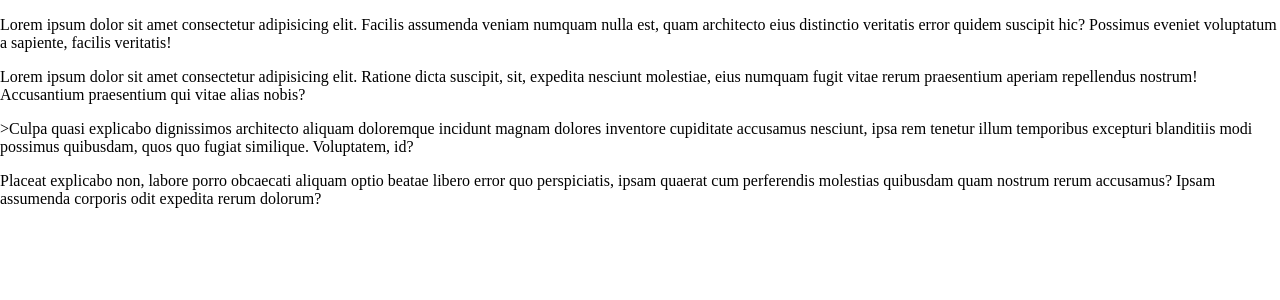
Repository: zuuo/--
Page: 1/index.html
The author's editor kept a copy of each file at every save. The page is drawn from the files as they stood at one save, then again after the next save.
The browser window is 1280 px wide. The pictures show the whole page.
The style sheet was rebuilt from its Sass, Less or Tailwind sources for each picture, by a compiler version that may differ from the author's.

Above is the page before, as saved 2024-02-29 15:41:08.

### 1/index.html
<!DOCTYPE html>
<html lang="en">

<head>
    <meta charset="UTF-8">
    <meta name="viewport" content="width=device-width, initial-scale=1.0">
    <title>Document</title>
    <link rel="stylesheet" href="./style.css">
</head>

<body>
    <p><span>Lorem ipsum dolor sit amet consectetur adipisicing elit. Facilis assumenda veniam numquam nulla est, quam
            architecto eius distinctio veritatis error quidem suscipit hic? Possimus eveniet voluptatum a sapiente,
            facilis veritatis!
        </span></p>
    <p><span>Lorem ipsum dolor sit amet consectetur adipisicing elit. Ratione dicta suscipit, sit, expedita nesciunt
            molestiae, eius numquam fugit vitae rerum praesentium aperiam repellendus nostrum! Accusantium praesentium
            qui vitae alias nobis?</p>
    <p< /span>><span>Culpa quasi explicabo dignissimos architecto aliquam doloremque incidunt magnam dolores inventore
            cupiditate accusamus nesciunt, ipsa rem tenetur illum temporibus excepturi blanditiis modi possimus
            quibusdam, quos quo fugiat similique. Voluptatem,
        </span> id?
    </p>
    <p><span>Placeat explicabo non, labore porro obcaecati aliquam optio beatae libero error quo perspiciatis, ipsam
                quaerat cum perferendis molestias quibusdam quam nostrum rerum accusamus? Ipsam assumenda corporis odit
                expedita rerum dolorum?
            </span></p>
</body>

Loaded but not shown: 1/style.scss (common file)

After the next save:
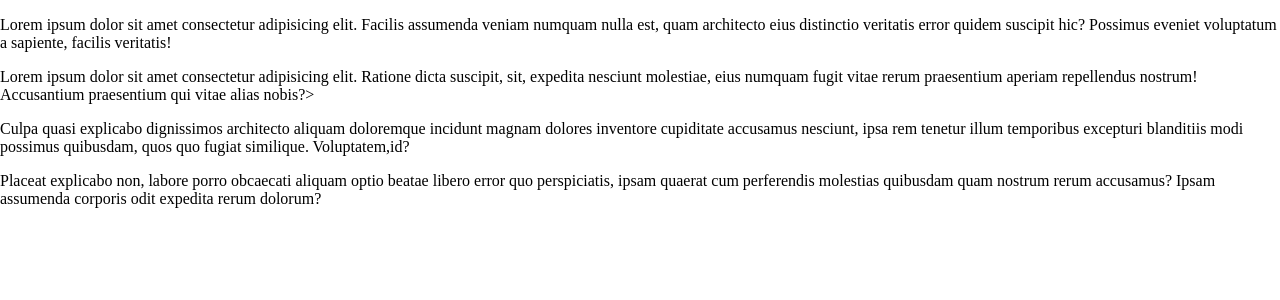
Saved 68 min 37 s later.
--- a/1/index.html
+++ b/1/index.html
@@ -15,13 +15,11 @@
         </span></p>
     <p><span>Lorem ipsum dolor sit amet consectetur adipisicing elit. Ratione dicta suscipit, sit, expedita nesciunt
             molestiae, eius numquam fugit vitae rerum praesentium aperiam repellendus nostrum! Accusantium praesentium
-            qui vitae alias nobis?</p>
-    <p< /span>><span>Culpa quasi explicabo dignissimos architecto aliquam doloremque incidunt magnam dolores inventore
-            cupiditate accusamus nesciunt, ipsa rem tenetur illum temporibus excepturi blanditiis modi possimus
-            quibusdam, quos quo fugiat similique. Voluptatem,
-        </span> id?
-    </p>
-    <p><span>Placeat explicabo non, labore porro obcaecati aliquam optio beatae libero error quo perspiciatis, ipsam
+            qui vitae alias nobis?</span>></p>
+    <p<span>Culpa quasi explicabo dignissimos architecto aliquam doloremque incidunt magnam dolores inventore cupiditate accusamus nesciunt, ipsa rem tenetur illum temporibus excepturi blanditiis modi possimus quibusdam, quos quo fugiat similique. Voluptatem,id?
+        </span>
+        </p>
+        <p><span>Placeat explicabo non, labore porro obcaecati aliquam optio beatae libero error quo perspiciatis, ipsam
                 quaerat cum perferendis molestias quibusdam quam nostrum rerum accusamus? Ipsam assumenda corporis odit
                 expedita rerum dolorum?
             </span></p>
